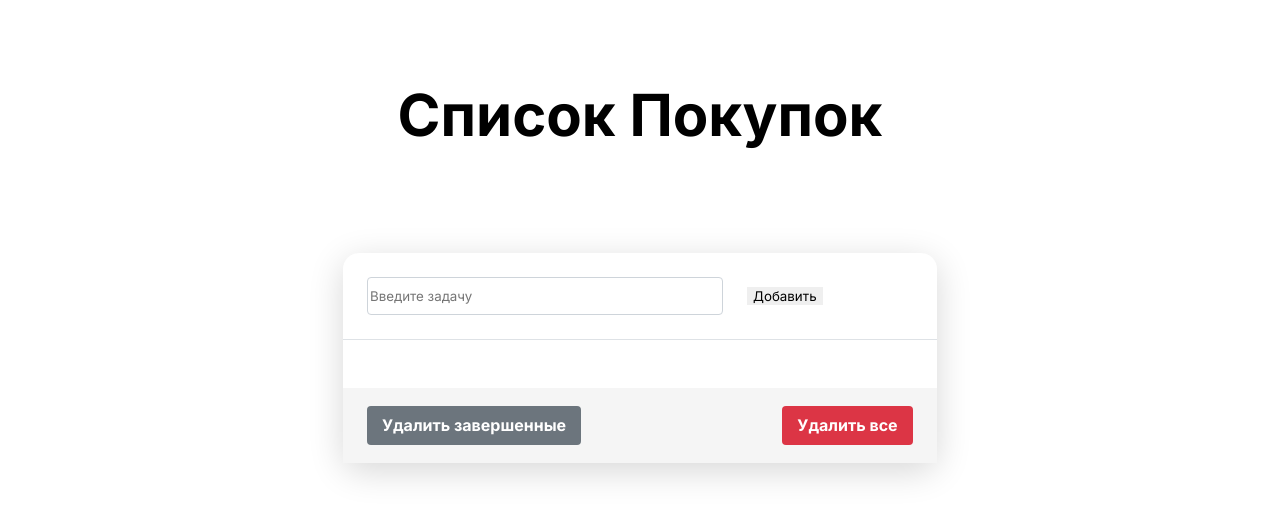
Repository: Tchistyakov/todolist
Page: /
An editor plug-in stored every save of this project. The page is shown before and after the next save, followed by the edit.
The browser window is 1280 px wide. The pictures show the whole page.
The project was rebuilt for these pictures with package versions that can differ from the ones it lists, and the page was loaded fresh each time.

Above is the page before, as saved 2021-12-22 00:10:12.

After the next save:
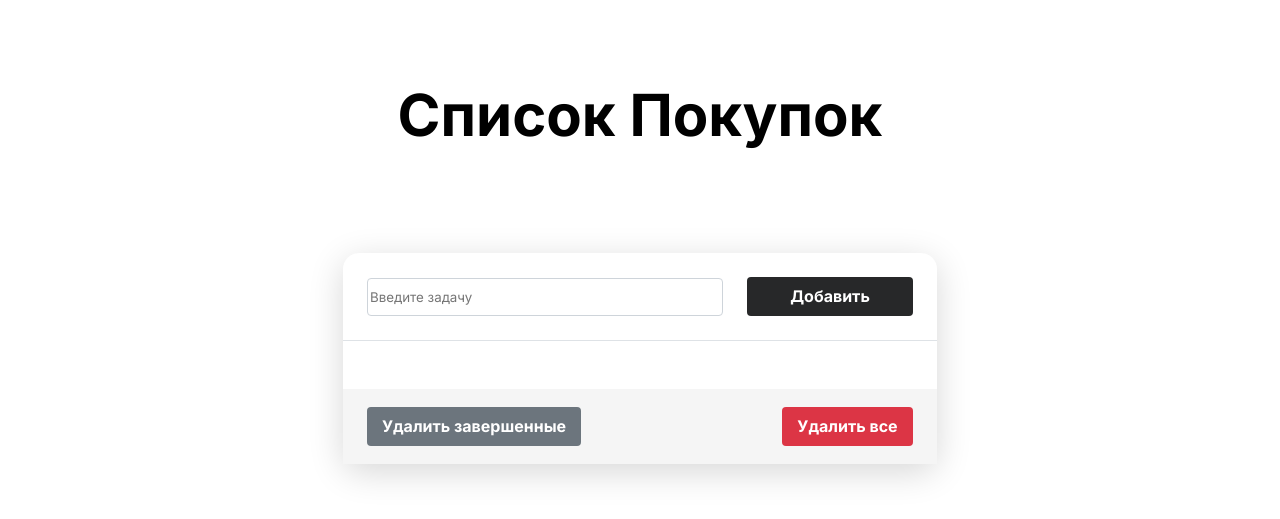
Saved 27 s later.
--- a/src/Header/Header.js
+++ b/src/Header/Header.js
@@ -8,7 +8,7 @@ function Header( {handleSubmit, setTodoText, todoText} ) {
                         placeholder="Введите задачу" value={todoText}
                         onChange={(e) => setTodoText(e.target.value)}
                     />
-                    <Button color="black">Добавить</Button>
+                    <Button color="add">Добавить</Button>
                     {/* <button className="add">Добавить</button> */}
                 </form>
             </header>

After the save that followed:
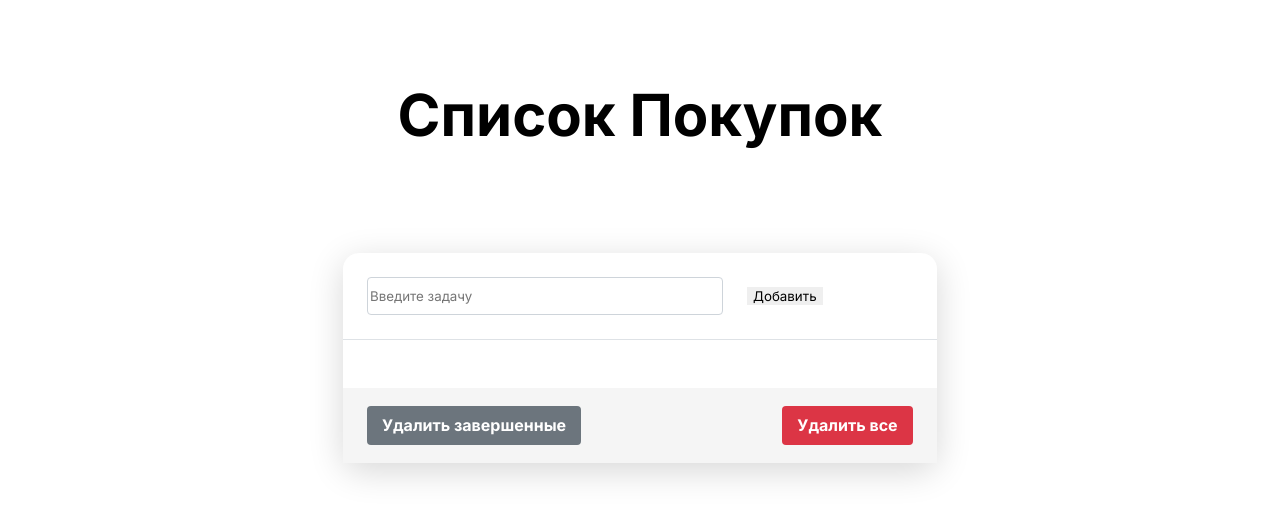
Saved 41 s later.
--- a/src/App.css
+++ b/src/App.css
@@ -68,6 +68,8 @@ span {
   margin-right: 24px;
 }
 
+.
+
 .add {
   width: 166px;
   height: 39px;
